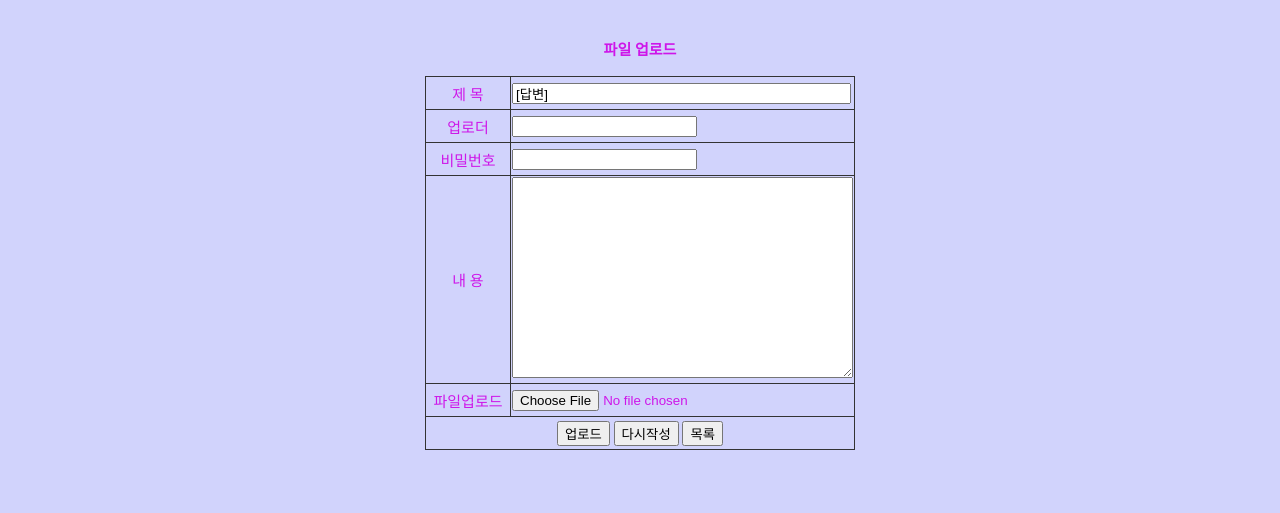
Repository: LouisKisaragi/BB-Bank
Page: http://localhost/FUBoard/board/writeForm.jsp
These files come from the project's save history. The page is drawn as it stood at one moment and after the next save; the edit follows.
The browser window is 1280 px wide. The pictures show the whole page.
The page is served by Tomcat 9.

Above is the page before, as saved 2017-11-10 04:24:48.

After the next save:
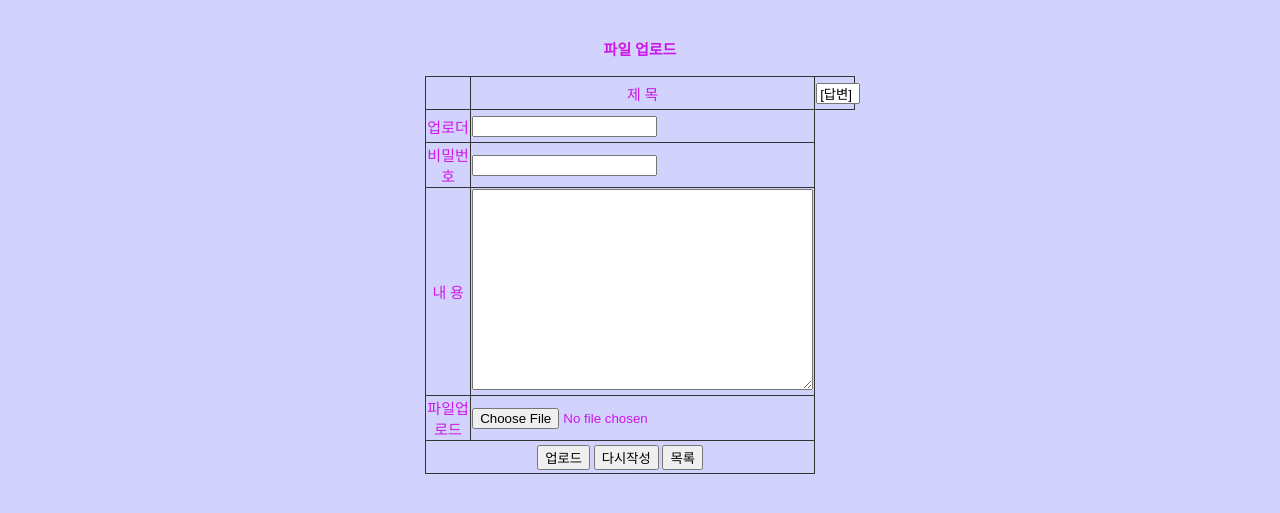
Saved 14 min 10 s later.
--- a/workspace/FUBoard/WebContent/board/writeForm.jsp
+++ b/workspace/FUBoard/WebContent/board/writeForm.jsp
@@ -23,6 +23,7 @@
 	<input type="hidden" name="depth" value="${depth}">
 	<table class="board">
 		<tr>
+		<td class="select">
 			<td class="attr">제  목</td>
 			<td>
 				<c:if test="${num == 0}">
